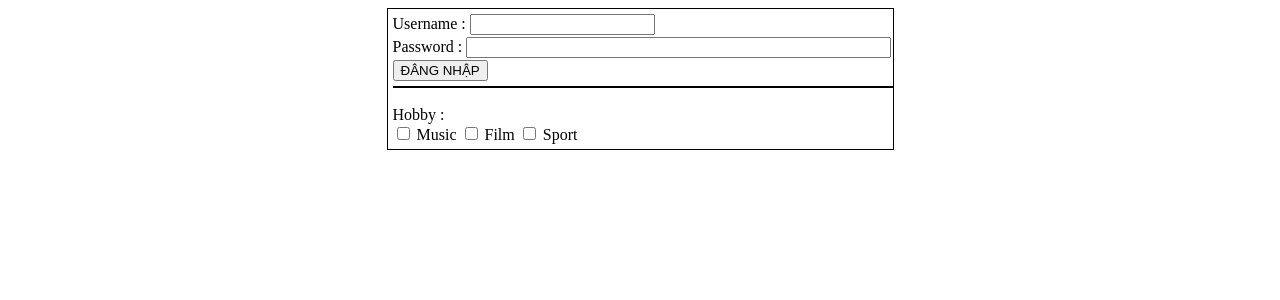
Repository: Tan-Khang21/TH_TKW--Buoi_04
Page: Bai_Tap_Mau/Bai_02/Bai_02.html
An editor plug-in stored every save of this project. The page is shown before and after the next save, followed by the edit.
The browser window is 1280 px wide. The pictures show the whole page.

Above is the page before, as saved 2024-03-05 22:04:45.

### Bai_Tap_Mau/Bai_02/Bai_02.html
<!DOCTYPE html>
<html lang="en">
  <head>
    <meta charset="UTF-8" />
    <meta name="viewport" content="width=device-width, initial-scale=1.0" />
    <title>Document</title>
  </head>
  <body>
    <form
      style="
        width: 500px;
        margin: 0 auto;
        border: 1px solid black;
        padding: 5px;
        padding-right: 0;
      "
    >
      <span>Username :</span>
      <input type="text" />
      <br />
      <span>Password :</span>
      <input style="margin-top: 2px" type="password" size="50" />
      <br />
      <input
        style="margin-top: 2px"
        type="submit"
        value="ĐÂNG NHẬP"
        style="padding: 0 5px"
      />
      <div
        style="border-bottom: 2px solid black; width: 100%; margin-top: 5px"
      ></div>
      <br />
      <span>Hobby :</span>
      <div>
        <input type="checkbox" /> Music
        <input style="margin-top: 2px" type="checkbox" /> Film
        <input style="margin-top: 2px" type="checkbox" /> Sport
      </div>
    </form>
  </body>
</html>

After the next save:
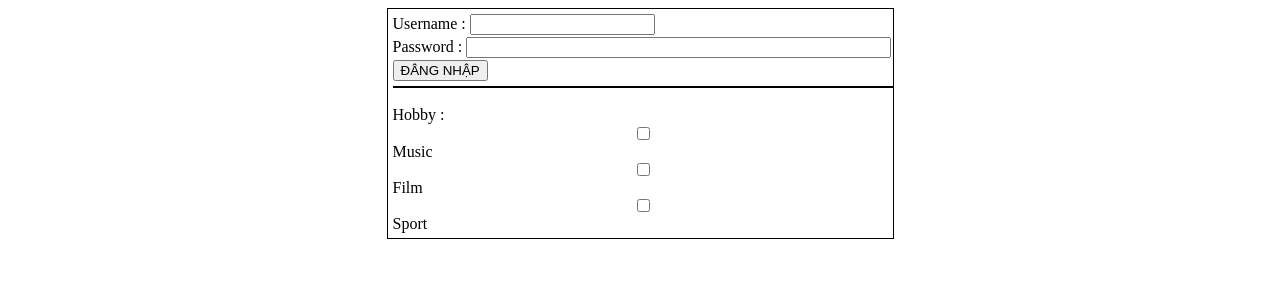
Saved 24 s later.
--- a/Bai_Tap_Mau/Bai_02/Bai_02.html
+++ b/Bai_Tap_Mau/Bai_02/Bai_02.html
@@ -32,7 +32,7 @@
       ></div>
       <br />
       <span>Hobby :</span>
-      <div>
+      <div style="display: flex; flex-direction: column;">
         <input type="checkbox" /> Music
         <input style="margin-top: 2px" type="checkbox" /> Film
         <input style="margin-top: 2px" type="checkbox" /> Sport
